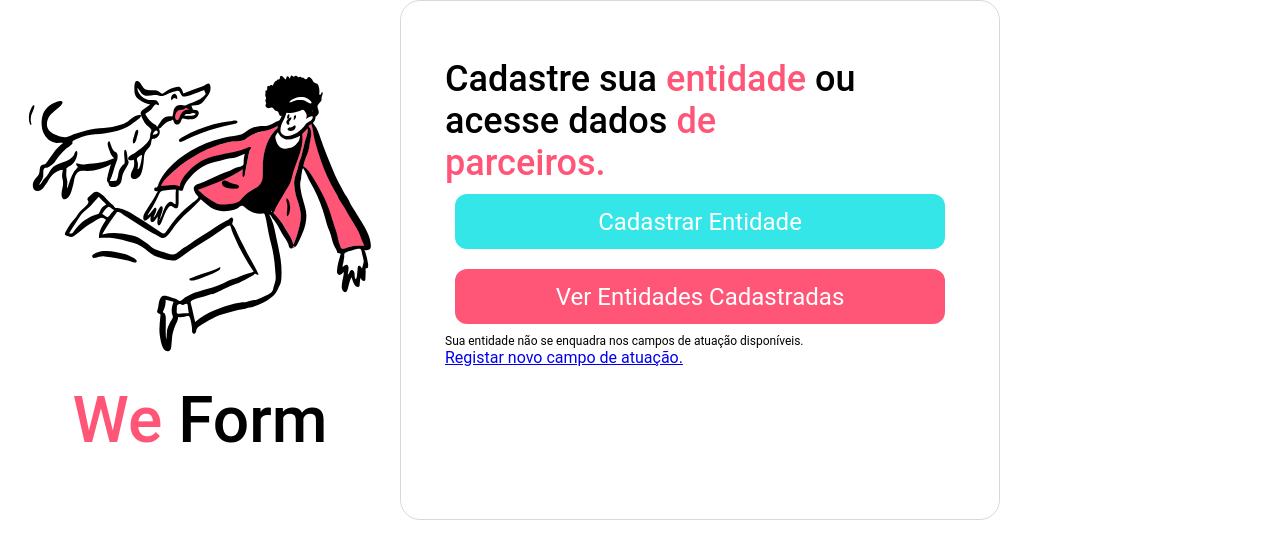
Repository: guilhermecardoso93/we-form
Page: index.html
An editor plug-in stored every save of this project. The page is shown before and after a run of saves, followed by the edit.
The browser window is 1280 px wide. The pictures show the whole page.

Above is the page before, as saved 2024-06-09 17:33:26.

After the next 2 saves:
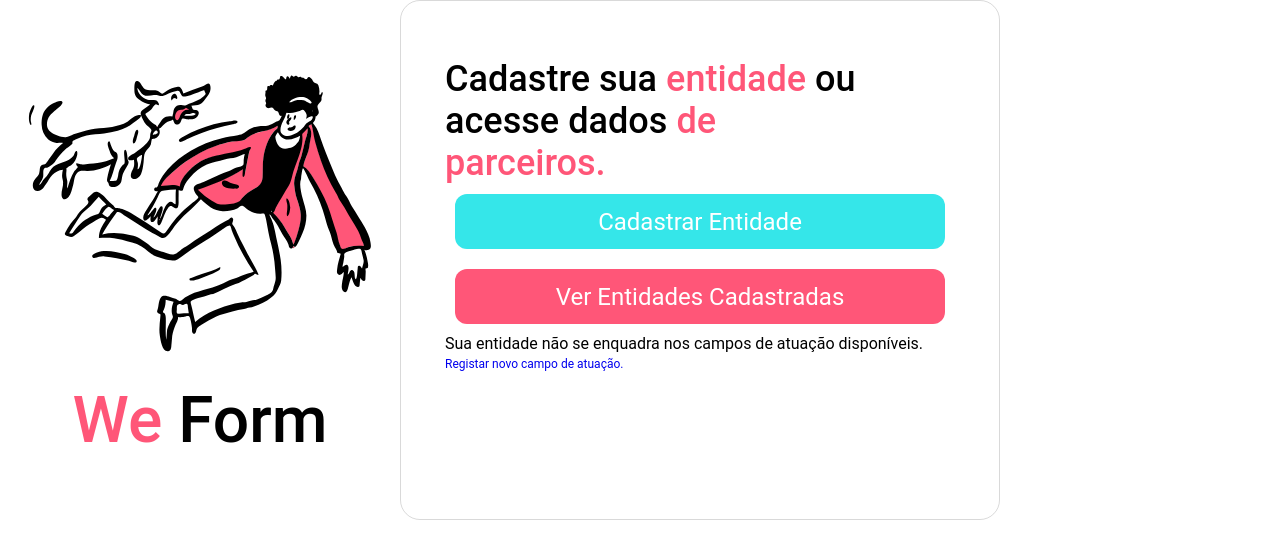
The 2 saves are shown as one change because they came seconds apart.
The last was saved 14 s later.
--- a/styles.css
+++ b/styles.css
@@ -88,10 +88,9 @@ main h2 {
 
 .rodape p {
   font-size:1.6rem;
-  text-decoration: none;
 }
 
-.rodape p {
+.rodape a {
   font-size:1.2rem;
   text-decoration: none;
 }
